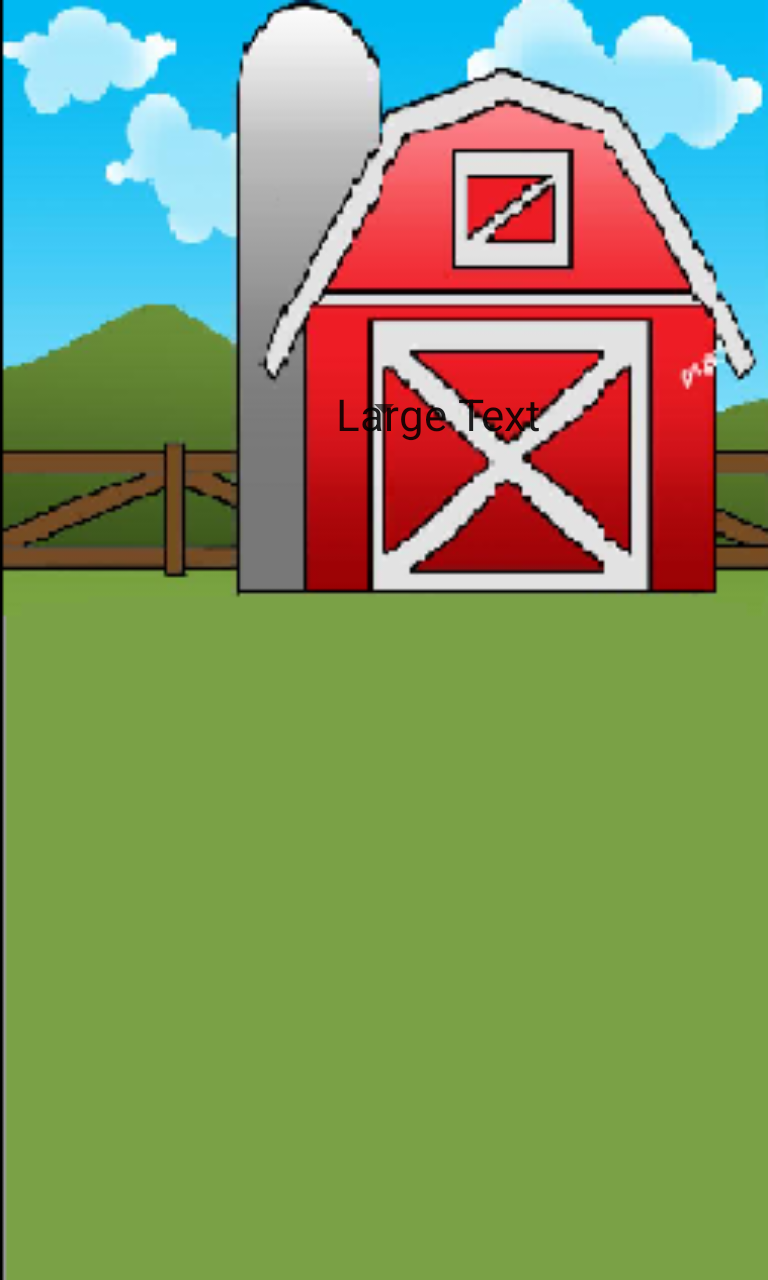
Repository: jdmielke/AnimalApp
Layout: AWEA/res/layout/activity_main.xml
These files come from the project's save history. The layout is drawn as it stood at one moment and after the next save; the edit follows.
It is drawn on a 768 x 1280 px phone screen (xhdpi) without system bars, with theme AppTheme; the app's code is not run.

Above is the layout before, as saved 2014-10-15 23:27:05.

After the next save:
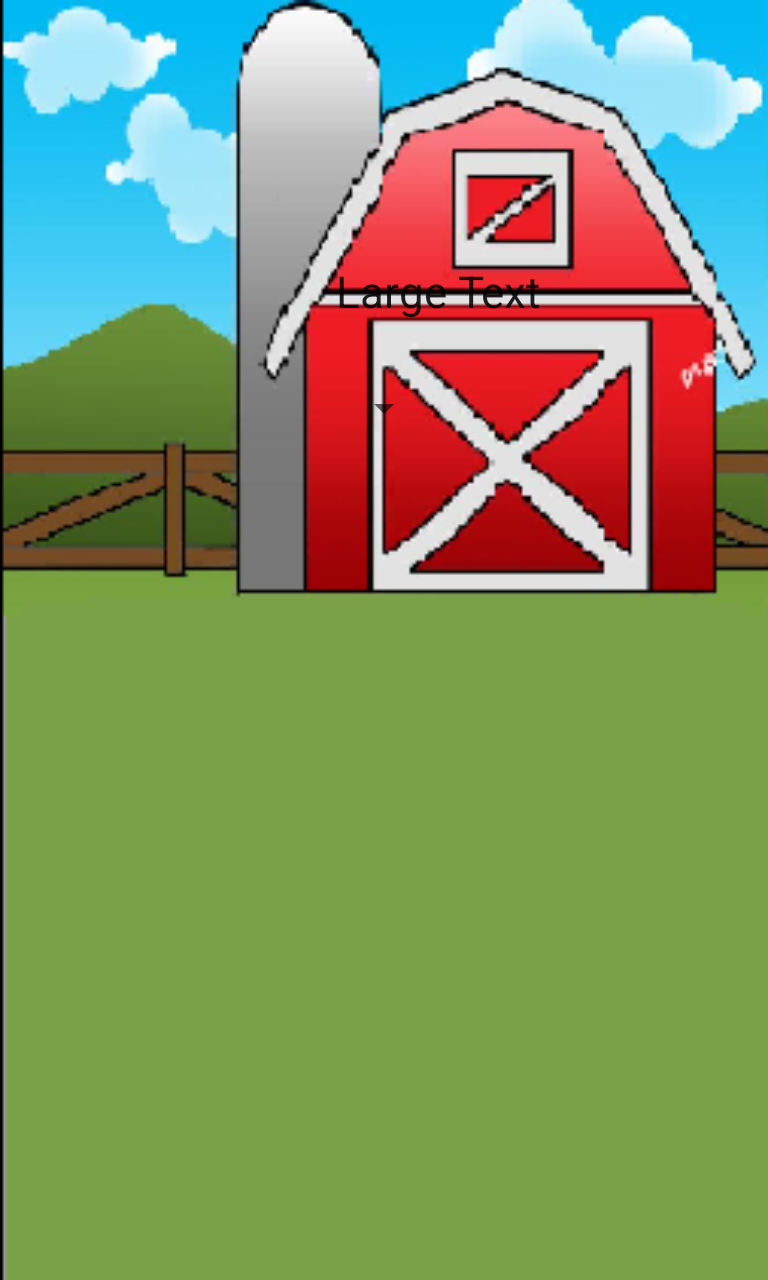
Saved 14 s later.
--- a/AWEA/res/layout/activity_main.xml
+++ b/AWEA/res/layout/activity_main.xml
@@ -21,8 +21,9 @@
         android:id="@+id/spinnerTitle"
         android:layout_width="wrap_content"
         android:layout_height="wrap_content"
+        android:layout_alignBottom="@+id/spinner1"
         android:layout_alignLeft="@+id/spinner1"
-        android:layout_alignTop="@+id/spinner1"
+        android:layout_marginBottom="56dp"
         android:text="Large Text"
         android:textAppearance="?android:attr/textAppearanceLarge" />
 
